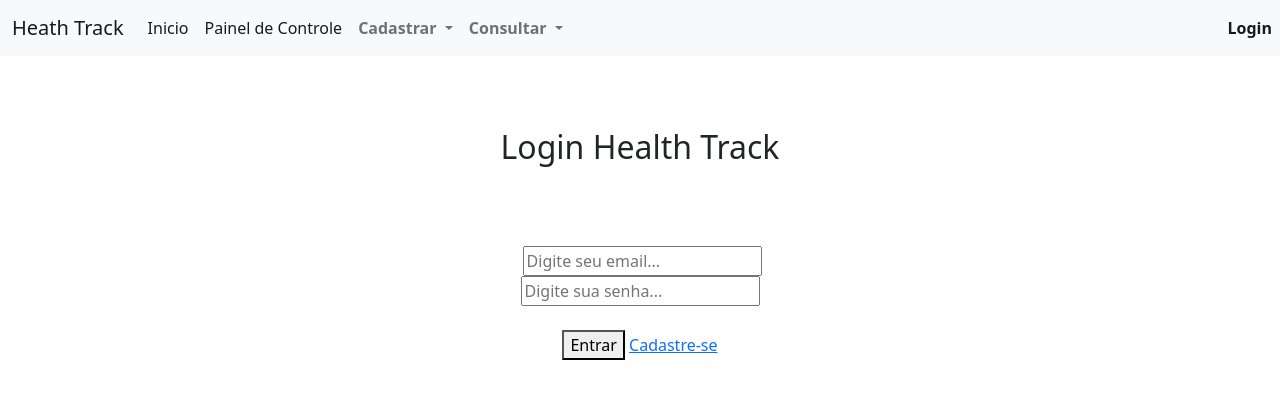
Repository: FellipySantos/HealthTrack_Finalizado
Page: http://localhost/JSPs/login.jsp
An editor plug-in stored every save of this project. The page is shown before and after the next save, followed by the edit.
The browser window is 1280 px wide. The pictures show the whole page.
The page is served by Tomcat 9. Other server files are loaded and not shown.

Above is the page before, as saved 2021-11-22 09:43:50.

### JSP/JSPs/WebContent/login.jsp
<%@ page language="java" contentType="text/html; charset=ISO-8859-1"
    pageEncoding="ISO-8859-1"%>
<!DOCTYPE html PUBLIC "-//W3C//DTD HTML 4.01 Transitional//EN" "http://www.w3.org/TR/html4/loose.dtd">
<html>
<head>
<meta http-equiv="Content-Type" content="text/html; charset=ISO-8859-1">
<title>Health Track</title>
<%@ include file="header.jsp" %>
</head>
<body>
<%@ include file="menu.jsp" %>

<br><br><br>



<center><body>
    <div>
         <h2>Login Health Track</h2>
        <form id="formLogin" method="Post" action="../../Login"> <br><br><br>
            <label id="msg"></label>
            <input type="email" name="email" id="email" placeholder="Digite seu email..." required><br>
            <input type="password" name="senha" id="senha" placeholder="Digite sua senha..." required><br><br>
            <button type="submit">Entrar</button>
            <a href="cadastro-atleta.jsp" >Cadastre-se</a>
        </form>
    </div>

    </center>
</body>



<%@ include file="footer.jsp" %>
</body>
</html>

### JSP/JSPs/WebContent/header.jsp
<%@ page language="java" contentType="text/html; charset=ISO-8859-1"
    pageEncoding="ISO-8859-1"%>
<!DOCTYPE html>
<html>
<head>
<meta charset="ISO-8859-1">

<link rel="stylesheet" type="text/css" href="resources/css/bootstrap.css">
<link rel="stylesheet" type="text/css" href="resources/css/bootstrap-grid.css">
<link rel="stylesheet" type="text/css" href="resources/css/bootstrap-reboot.css">

<script type="text/javascript" src="resources/js/jquery-3.6.0.min.js"></script>
<script type="text/javascript" src="resources/js/popper.min.js"></script>
<script type="text/javascript" src="resources/js/bootstrap.min.js"></script>
<script type="text/javascript" src="resources/js/bootstrap.min.js"></script>

<script src="https://stackpath.bootstrapcdn.com/bootstrap/4.3.1/js/bootstrap.min.js" integrity="sha384-JjSmVgyd0p3pXB1rRibZUAYoIIy6OrQ6VrjIEaFf/nJGzIxFDsf4x0xIM+B07jRM" crossorigin="anonymous"></script>


</head>






<body>



</body>



</html>

### JSP/JSPs/WebContent/menu.jsp

   <nav class="navbar navbar-expand-lg navbar-light bg-light">
        <div class="container-fluid">
          <a class="navbar-brand" href="index.jsp">Heath Track</a>
          <button class="navbar-toggler" type="button" data-bs-toggle="collapse" data-bs-target="#navbarSupportedContent" aria-controls="navbarSupportedContent" aria-expanded="false" aria-label="Toggle navigation">
            <span class="navbar-toggler-icon"></span>
          </button>
          <div class="collapse navbar-collapse" id="navbarSupportedContent">
            <ul class="navbar-nav me-auto mb-2 mb-lg-0">
              <li class="nav-item">
                <a class="nav-link active" aria-current="page" href="index.jsp">Inicio</a>
              </li>
              <li class="nav-item">
                <a class="nav-link active" aria-current="page" href="painel.jsp">Painel de Controle</a>
              </li>
              <li class="nav-item dropdown">
                <a class="nav-link dropdown-toggle" href="#" id="navbarDropdown" role="button" data-bs-toggle="dropdown" aria-expanded="false">
                  <b>Cadastrar</b>
                </a>
                <ul class="dropdown-menu" aria-labelledby="navbarDropdown">
                  <li><a class="dropdown-item" href="cadastro-dieta.jsp">Dieta</a></li>
                  <li><a class="dropdown-item" href="cadastro-pressao.jsp">Pressão</a></li>
                  <li><a class="dropdown-item" href="cadastro-treino.jsp">Treino</a></li>
                  <li><a class="dropdown-item" href="cadastro-imc.jsp">Imc</a></li>
                   <li><hr class="dropdown-divider"></li>
                  <li><a class="dropdown-item" href="cadastro-atleta.jsp">Atleta</a></li>
                  <li><a class="dropdown-item" href="cadastro-nutri.jsp">Nutricionista</a></li>
                  <li><a class="dropdown-item" href="cadastro-treinador.jsp">Treinador</a></li>
                </ul>
              </li>

                 <li class="nav-item dropdown">
                <a class="nav-link dropdown-toggle" href="#" id="navbarDropdown" role="button" data-bs-toggle="dropdown" aria-expanded="false">
                  <b>Consultar</b>
                </a>
                <ul class="dropdown-menu" aria-labelledby="navbarDropdown">
                  <li><a class="dropdown-item" href="dieta?acao=listar">Dieta</a></li>
                  <li><a class="dropdown-item" href="pressao?acao=listar">Pressão</a></li>
                  <li><a class="dropdown-item" href="treino?acao=listar">Treino</a></li>
                  <li><a class="dropdown-item" href="imc?acao=listar">Imc</a></li>
                  <li><hr class="dropdown-divider"></li>
                  <li><a class="dropdown-item" href="atleta?acao=listar">Atleta</a></li>
                  <li><a class="dropdown-item" href="nutri?acao=listar">Nutricionista</a></li>
                  <li><a class="dropdown-item" href="treinador?acao=listar">Treinador</a></li>
                </ul>
              </li>


            </ul>

          </div>

        </div>
        <div class="collapse navbar-collapse" id="navbarSupportedContent">
          <ul class="navbar-nav me-auto mb-2 mb-lg-0">
            <li class="nav-item">
              <b><a class="nav-link active" aria-current="page" href="login.jsp">Login</a></b>
            </li>
            </ul>
            </div>



      </nav>

### JSP/JSPs/WebContent/footer.jsp
<%@ page language="java" contentType="text/html; charset=ISO-8859-1"
    pageEncoding="ISO-8859-1"%>
<!DOCTYPE html>
<html>
<head>
<meta charset="ISO-8859-1">

<script type="text/javascript" src="resources/js/jquery-3.6.0.min.js"></script>
<script type="text/javascript" src="resources/js/bootstrap.min.js"></script>

</head>





<body>


</body>
</html>

Loaded but not shown: JSP/JSPs/WebContent/resources/css/bootstrap.css (library); JSP/JSPs/WebContent/resources/css/bootstrap-grid.css (library); JSP/JSPs/WebContent/resources/css/bootstrap-reboot.css (library); JSP/JSPs/WebContent/resources/js/jquery-3.6.0.min.js (library); JSP/JSPs/WebContent/resources/js/popper.min.js (library); JSP/JSPs/WebContent/resources/js/bootstrap.min.js (library)

After the next save:
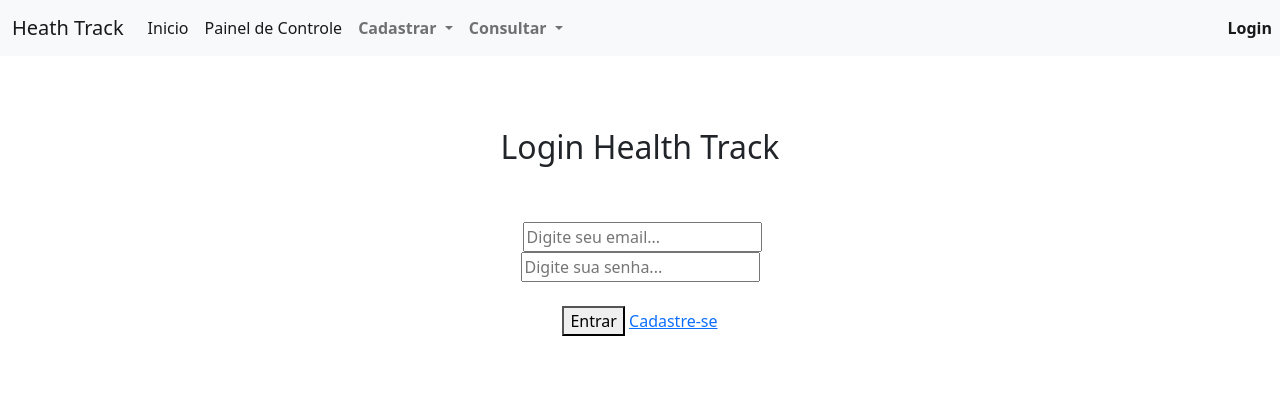
Saved 11 s later.
--- a/JSP/JSPs/WebContent/login.jsp
+++ b/JSP/JSPs/WebContent/login.jsp
@@ -17,7 +17,7 @@
 <center><body>
     <div>
          <h2>Login Health Track</h2>
-        <form id="formLogin" method="Post" action="../../Login"> <br><br><br>
+        <form id="formLogin" method="Post" action="../../Login"> <br><br>
             <label id="msg"></label>
             <input type="email" name="email" id="email" placeholder="Digite seu email..." required><br>
             <input type="password" name="senha" id="senha" placeholder="Digite sua senha..." required><br><br>
